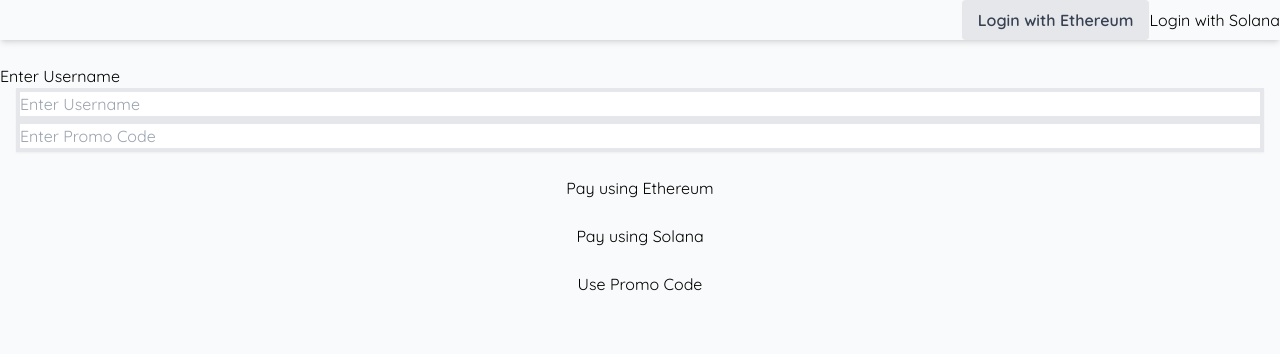
Repository: 22shivam/Polychain
Page: / (app in frontend/)
These files come from the project's save history. The page is drawn as it stood at one moment and after the next save; the edit follows.
The browser window is 1280 px wide. The pictures show the whole page.
The page's requests for data from a server got no answer. The project was rebuilt for these pictures with package versions that can differ from the ones it lists, and the page was loaded fresh each time. The framework's server and built-in components were replaced by stand-ins that run in the browser. No one was signed in, and anything a server would have sent is missing. Also part of the build but not shown: frontend/next.config.js.

Above is the page before, as saved 2022-01-01 11:50:52.

### frontend/pages/_app.js
import React from 'react';
import '../styles/globals.css'
import { useState, createContext } from 'react';

const UserContext = createContext({
  userAccount: "",
  setUserAccount: () => { }
});

function MyApp({ Component, pageProps }) {
  const [userAccount, setUserAccount] = useState({});
  const value = { userAccount, setUserAccount };
  console.log(userAccount)


  return (
    <UserContext.Provider value={value}>
      <Component {...pageProps} />
    </UserContext.Provider>
  )
}

export default MyApp
export { UserContext };

### frontend/pages/_document.js
import Document, { Html, Head, Main, NextScript } from 'next/document'

class MyDocument extends Document {
    render() {
        return (
            <Html>
                <Head>
                    <script src="https://cdn.jsdelivr.net/gh/alpinejs/alpine@v2.x.x/dist/alpine.min.js" defer></script>
                    <link rel="preconnect" href="https://fonts.googleapis.com" />
                    <link rel="preconnect" href="https://fonts.gstatic.com" crossorigin />
                    <link href="https://fonts.googleapis.com/css2?family=Quicksand:wght@300;400;500;600;700&display=swap" rel="stylesheet" />
                </Head>
                <body className='bg-gray-50'>
                    <Main />
                    <NextScript />
                </body>
            </Html>
        )
    }
}

export default MyDocument

### frontend/pages/index.js
import { useState, useEffect, useContext } from "react";
import transferSOL from "../lib/transferSol";
import transferEth from "../lib/transferEth";
import createPostRequest from "../lib/createPostRequest";
import { ethers } from "ethers";
import Link from 'next/link'
import getSolanaProvider from "../lib/getSolanaProvider";
import { UserContext } from "./_app";
import * as web3 from "@solana/web3.js";

export default function App() {
    console.log("rerendering")
    const [username, setUsername] = useState("")
    const [promoCode, setPromoCode] = useState("");
    const { userAccount, setUserAccount } = useContext(UserContext);

    const handleLogout = async () => {
        console.log(userAccount.blockchain)
        if (userAccount.blockchain == "sol") {
            window.solana.disconnect()
        }
        const response = await fetch("http://localhost:3001/logout", {
            credentials: 'include'
        })

        const processedResponse = await response.json()
        console.log(processedResponse)
        setUserAccount({})
    }

    useEffect(() => {
        // ask them to login either through solana or eth
        (async () => {
            console.log("fetching username details")
            const response = await fetch("http://localhost:3001/isLoggedIn", {
                credentials: 'include'
            })
            const processedResponse = await response.json()
            console.log("processedResponse", processedResponse)
            if (!processedResponse.isLoggedIn) {
                return console.log("please login first")
            } else {
                setUserAccount({ address: processedResponse.address, blockchain: processedResponse.blockchain })
            }
        })()
    }, [])

    useEffect(() => {
        if (window.ethereum) {
            window.ethereum.on('accountsChanged', handleLogout);
        }
        if (window.solana) {
            window.solana.on("disconnect", handleLogout)
        }
        return () => {
            if (window.ethereum) {
                window.ethereum.removeListener('accountsChanged', handleLogout);
            }
            if (window.solana) {
                window.solana.removeListener("disconnect", handleLogout);
            }
        }
    }, [])

    const registerUsingPromoCode = async (e) => {

        if (!window.ethereum)
            throw new Error("No Ethereum Crypto wallet found. Please install it.");
        // await window.ethereum.send("eth_requestAccounts");
        // const accounts = await window.ethereum.request({ method: 'eth_accounts' });
        if (!userAccount.address) {
            // ask them to login either through solana or eth
            return console.log("please login first")
        }

        const requestObject = {
            username,
            promoCode,
            address: userAccount.address,
            blockchain: userAccount.blockchain
        }

        try {
            const registrationResponse = await createPostRequest("http://localhost:3001/register/promo", requestObject)
            console.log(registrationResponse)
        } catch (err) { console.log("registration failed:", err) }

    }

    const registerUsingSolana = async (e) => {
        const coinbaseResponse = await fetch("https://api.coinbase.com/v2/exchange-rates")
        const data = await coinbaseResponse.json()
        const solPerUSD = data.data.rates.SOL
        const SOLpayValue = solPerUSD * 5
        const hash = await transferSOL(SOLpayValue, "AA6bqLgTzYPpFFH2R9XLdudibWcemLkKDRtZmPQEsEiS", setUserAccount);
        if (!hash) { return }

        const requestObject = {
            hash,
            username
        }

        try {
            const registrationResponse = await createPostRequest("http://localhost:3001/register/sol", requestObject)
            console.log(registrationResponse)
        } catch (err) { console.log("registration failed:", err) }


    }

    const registerUsingEthereum = async (e) => {
        // make get request to https://api.coinbase.com/v2/exchange-rates
        // get the USD value of ETH
        const coinbaseResponse = await fetch("https://api.coinbase.com/v2/exchange-rates")
        const data = await coinbaseResponse.json()
        const ethPerUSD = data.data.rates.ETH
        const ETHpayValue = ethPerUSD * 5

        const tx = await transferEth({
            ether: ETHpayValue.toString(),
            addr: "0x76aEB5092D8eabCec324Be739b8BA5dF473F0055"
        }, setUserAccount)
        if (!tx) { return }

        const requestObject = {
            tx,
            username
        }
        try {
            const registrationResponse = await createPostRequest("http://localhost:3001/register/eth", requestObject)
            console.log(registrationResponse)
        } catch (err) { console.log("registration failed:", err) }
    }

    const ethLogin = async (e) => {
        try {
            if (!window.ethereum)
                throw new Error("No Ethereum Crypto wallet found. Please install it.");
            // await window.ethereum.send("eth_requestAccounts");
            // const accounts = await window.ethereum.request({ method: 'eth_accounts' });
            const accounts = await window.ethereum.request({
                method: "wallet_requestPermissions",
                params: [{
                    eth_accounts: {}
                }]
            }).then(() => ethereum.request({
                method: 'eth_requestAccounts'
            }))
            // const accounts = await ethereum.request({ method: "eth_requestAccounts" })
            const provider = new ethers.providers.Web3Provider(window.ethereum);
            const signer = provider.getSigner();
            const message = `Logging in.... \n \n Random ID: ${Math.random().toString(36).slice(2)}`
            const signature = await signer.signMessage(message)
            const requestObject = {
                signature,
                message,
                address: accounts[0]
            }
            const loginResponse = await createPostRequest("http://localhost:3001/login/eth", requestObject)

            if (loginResponse.success) {
                setUserAccount({ address: accounts[0], blockchain: "eth" })
            }

            console.log(loginResponse)
        } catch (err) { console.log(err) }

    }

    const solLogin = async (e) => {
        try {
            const provider = await (async () => {
                if ("solana" in window) {
                    // await window.solana.request({ method: "disconnect" });
                    await window.solana.connect();
                    const provider = window.solana;
                    console.log("Is Phantom installed?  ", provider.isPhantom);
                    return provider
                } else {
                    window.open("https://www.phantom.app/", "_blank");
                }
            })()
            const message = `Logging in.... \n \n Random ID: ${Math.random().toString(36).slice(2)}`
            const encodedMessage = new TextEncoder().encode(message);
            const signedMessage = await window.solana.signMessage(encodedMessage, "utf8")
            console.log(JSON.parse(JSON.stringify(signedMessage.publicKey)).toString())
            console.log(signedMessage.publicKey.toBase58()) // returns publickey in base58.
            console.log(new web3.PublicKey(signedMessage.publicKey.toBase58()))
            console.log(Object.getPrototypeOf(signedMessage.publicKey))
            console.log(signedMessage.publicKey)
            console.log(signedMessage.publicKey)
            console.log(signedMessage.publicKey._bn)
            console.log(signedMessage)
            console.log(JSON.stringify(signedMessage))


            const requestObject = {
                signedMessage: signedMessage,
                message,
                address: signedMessage.publicKey.toBytes(),
                publicKey: signedMessage.publicKey.toBase58()

            }
            const loginResponse = await createPostRequest("http://localhost:3001/login/sol", requestObject)

            if (loginResponse.success) {
                setUserAccount({ address: signedMessage.publicKey.toString(), blockchain: "sol" })
            }

            console.log(loginResponse)
        } catch (err) { console.log(err) }
    }


    return (
        <div className="flex flex-col">
            <div className="flex flex-row shadow-md" id="nav_bar py-4">
                <div className="grow-0" id="left_nav_bar"> </div>
                <div className="grow" id="spacer">  </div>
                <div className="grow-0" id="right_nav_bar my-2">
                    {userAccount.address ?
                        <div>
                            <h1><Link href="/dashboard">Dashboard</Link></h1>
                            <button onClick={handleLogout}>Logout</button>
                        </div>
                        : (
                            <div>
                                <button className="bg-gray-200 text-gray-700 font-semibold py-2 px-4 rounded inline-flex items-center" onClick={ethLogin}>Login with Ethereum</button>
                                <button onClick={solLogin}>Login with Solana</button>
                            </div>
                        )}


                </div>
            </div>

            <br />
            <h1> Enter Username </h1>
            <input value={username} onChange={(e) => { setUsername(e.target.value) }} className="shadow-sm mr-4 ml-4 border-4" name="ether" type="text" placeholder="Enter Username" />
            <input value={promoCode} onChange={(e) => { setPromoCode(e.target.value) }} className="shadow-sm mr-4 ml-4 border-4" name="ether" type="text" placeholder="Enter Promo Code" />
            <br />
            <button onClick={registerUsingEthereum}>Pay using Ethereum</button>
            <br />
            <button onClick={registerUsingSolana}>Pay using Solana</button>
            <br />
            <button onClick={registerUsingPromoCode}>Use Promo Code</button>
        </div>

    );
}

### frontend/styles/globals.css
@tailwind base;
@tailwind components;
@tailwind utilities;

html,
body {
  padding: 0;
  margin: 0;
  font-family: Quicksand, -apple-system, BlinkMacSystemFont, Segoe UI, Roboto, Oxygen,
    Ubuntu, Cantarell, Fira Sans, Droid Sans, Helvetica Neue, sans-serif;
}

a {
  color: inherit;
  text-decoration: none;
}

* {
  box-sizing: border-box;
}

### frontend/lib/transferSol.js
import getSolanaProvider from "./getSolanaProvider";
import * as web3 from '@solana/web3.js';

export default async function transferSOL(solAmount, toAddr, setUserAccount) {
    // Detecing and storing the phantom wallet of the user (creator in this case)
    var provider = await getSolanaProvider();

    // Establishing connection
    var connection = new web3.Connection(
        web3.clusterApiUrl('devnet'), // change to mainnet-beta when deploying
    );
    var recieverWallet = new web3.PublicKey(toAddr);
    console.log("pblickey of sender", provider.publicKey)
    var transaction = new web3.Transaction().add(
        web3.SystemProgram.transfer({
            fromPubkey: provider.publicKey,
            toPubkey: recieverWallet,
            lamports: solAmount * web3.LAMPORTS_PER_SOL
        }),
    );

    // Setting the variables for the transaction
    transaction.feePayer = await provider.publicKey;
    let blockhashObj = await connection.getRecentBlockhash();
    transaction.recentBlockhash = await blockhashObj.blockhash;
    // Request creator to sign the transaction (allow the transaction)
    let signed = await provider.signTransaction(transaction);
    // The signature is generated
    let hash = await connection.sendRawTransaction(signed.serialize());
    console.log(hash)
    // Confirm whether the transaction went through or not
    if (setUserAccount) {
        setUserAccount({ address: provider.publicKey, blockchain: "sol" })
    }
    await connection.confirmTransaction(hash);
    return hash
}

### frontend/lib/transferEth.js
import { ethers } from 'ethers'
import { toBn } from 'evm-bn';

const transferEth = async ({ ether, addr }, setUserAccount) => {
    try {
        if (!window.ethereum)
            throw new Error("No crypto wallet found. Please install it.");

        const accounts = await ethereum.request({ method: "eth_requestAccounts" })
        // await window.ethereum.request({ method: 'eth_accounts' });
        const provider = new ethers.providers.Web3Provider(window.ethereum);
        const signer = provider.getSigner();
        const tx = await signer.sendTransaction({
            to: addr,
            value: toBn(ether)
        });
        if (setUserAccount) {
            setUserAccount({ address: accounts[0], blockchain: "eth" })
        }
        return tx
    } catch (err) {
        alert(err.message)
    }
};

export default transferEth

### frontend/lib/createPostRequest.js

const createPostRequest = async (url, requestObject) => {
    const response = await fetch(url, {
        method: 'POST', // *GET, POST, PUT, DELETE, etc.
        mode: 'cors', // no-cors, *cors, same-origin
        cache: 'no-cache', // *default, no-cache, reload, force-cache, only-if-cached
        credentials: 'include', // include, *same-origin, omit
        headers: {
            'Content-Type': 'application/json'
            // 'Content-Type': 'application/x-www-form-urlencoded',
        },
        redirect: 'follow', // manual, *follow, error
        referrerPolicy: 'no-referrer', // no-referrer, *no-referrer-when-downgrade, origin, origin-when-cross-origin, same-origin, strict-origin, strict-origin-when-cross-origin, unsafe-url
        body: JSON.stringify(requestObject) // body data type must match "Content-Type" header
    });

    const processedResponse = await response.json();

    return processedResponse
}

export default createPostRequest;

### frontend/lib/getSolanaProvider.js
const getSolanaProvider = async () => {
    if ("solana" in window) {
        await window.solana.connect();
        const provider = window.solana;
        if (provider.isPhantom) {
            console.log("Is Phantom installed?  ", provider.isPhantom);
            return provider;
        }
    } else {
        window.open("https://www.phantom.app/", "_blank");
    }
};

export default getSolanaProvider;

Loaded but not shown: frontend/tailwind.config.js (common file)

After the next save:
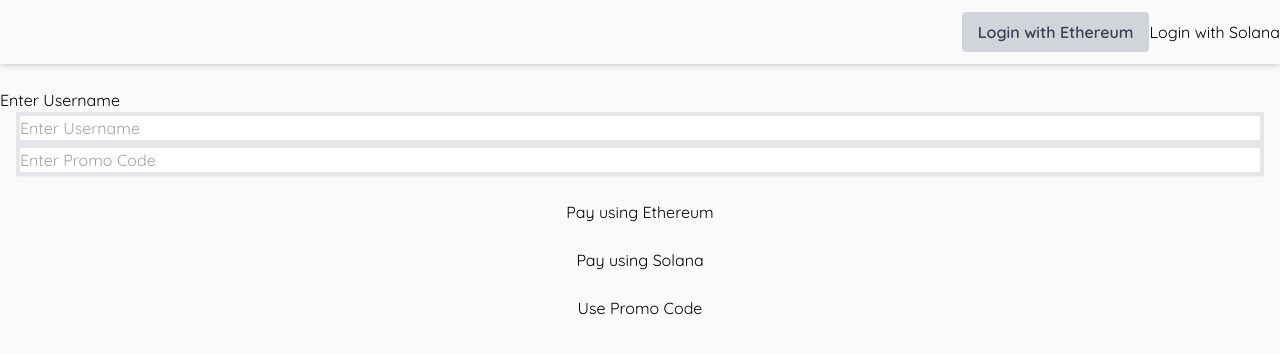
Saved 76 s later.
--- a/frontend/pages/index.js
+++ b/frontend/pages/index.js
@@ -214,10 +214,10 @@ export default function App() {
 
     return (
         <div className="flex flex-col">
-            <div className="flex flex-row shadow-md" id="nav_bar py-4">
+            <div className="flex flex-row shadow-md" id="nav_bar">
                 <div className="grow-0" id="left_nav_bar"> </div>
                 <div className="grow" id="spacer">  </div>
-                <div className="grow-0" id="right_nav_bar my-2">
+                <div className="grow-0 my-3" id="right_nav_bar">
                     {userAccount.address ?
                         <div>
                             <h1><Link href="/dashboard">Dashboard</Link></h1>
@@ -225,7 +225,7 @@ export default function App() {
                         </div>
                         : (
                             <div>
-                                <button className="bg-gray-200 text-gray-700 font-semibold py-2 px-4 rounded inline-flex items-center" onClick={ethLogin}>Login with Ethereum</button>
+                                <button className="bg-gray-300 text-gray-700 font-semibold py-2 px-4 rounded inline-flex items-center" onClick={ethLogin}>Login with Ethereum</button>
                                 <button onClick={solLogin}>Login with Solana</button>
                             </div>
                         )}
